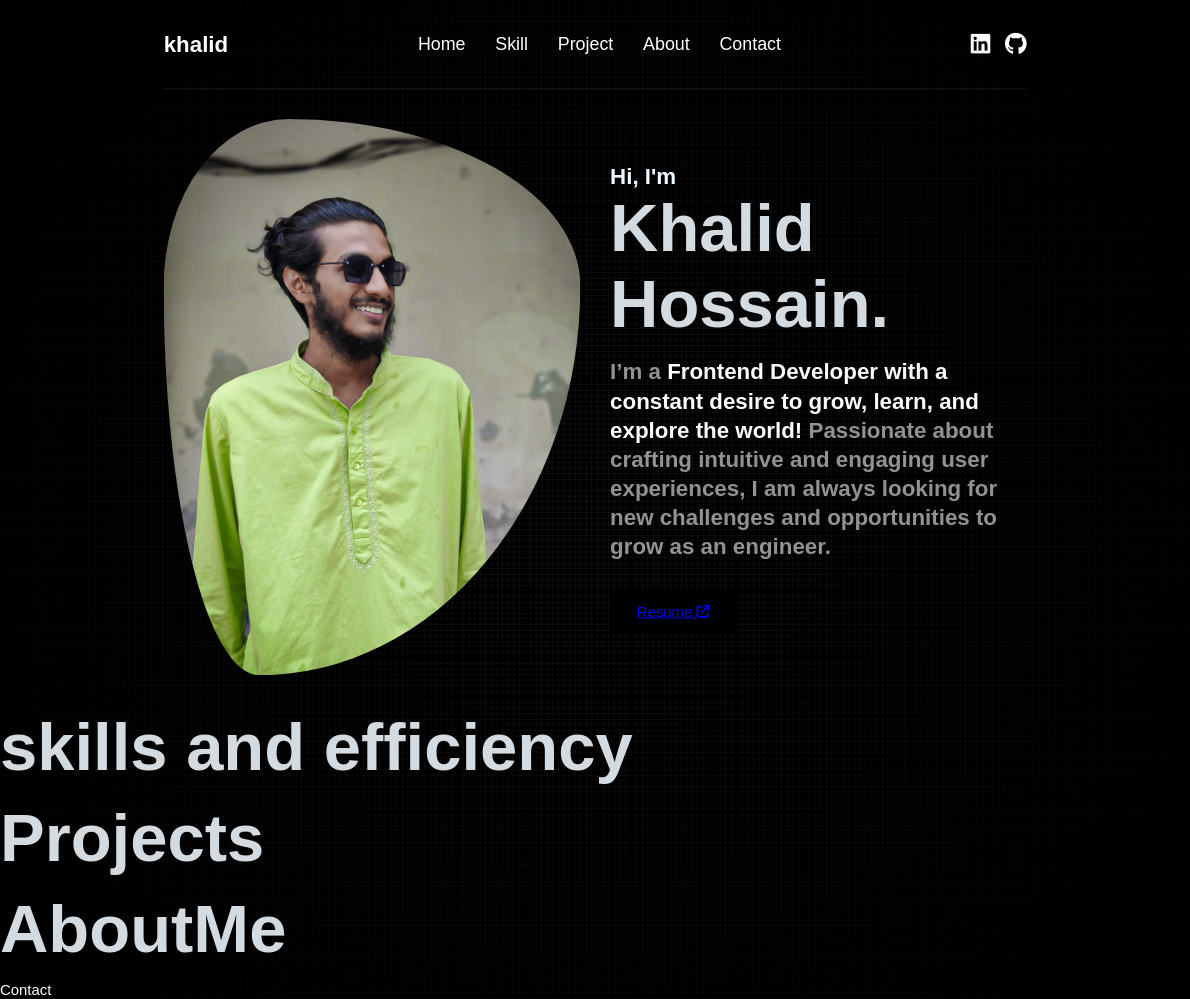
Repository: badhon252/my-portfolio
Page: /
These files come from the project's save history. The page is drawn as it stood at one moment and after the next save; the edit follows.
The browser window is 1280 px wide. The pictures show the whole page, at 93% of full size.
The project was rebuilt for these pictures with package versions that can differ from the ones it lists, and the page was loaded fresh each time. Also part of the build but not shown: src/Components/Home/Header/Navbar/Navs/LinkedIn/LinkedIn.module.css, src/Components/Home/Header/Navbar/Navs/GitHub/Github.module.css.

Above is the page before, as saved 2023-01-16 00:41:12.

### public/index.html
<!DOCTYPE html>
<html lang="en">

<head>
    <meta charset="utf-8" />
    <link rel="icon" href="%PUBLIC_URL%/favicon.ico" />
    <meta name="viewport" content="width=device-width, initial-scale=1" />
    <meta name="theme-color" content="#000000" />
    <meta name="description" content="Web site created using create-react-app, Portfolio" />
    <link rel="apple-touch-icon" href="%PUBLIC_URL%/logo192.png" />
    <link rel="stylesheet" href="https://cdnjs.cloudflare.com/ajax/libs/font-awesome/6.2.1/css/all.min.css">
    <link rel="manifest" href="%PUBLIC_URL%/manifest.json" />

    <title>Portfolio Website</title>
</head>

<body>
    <div id="root"></div>

    <script src="https://platform.linkedin.com/badges/js/profile.js" async defer type="text/javascript"></script>

</body>

</html>

### src/index.css
body {
    margin: 0;
    font-family: -apple-system, BlinkMacSystemFont, 'Segoe UI', 'Roboto', 'Oxygen', 'Ubuntu', 'Cantarell', 'Fira Sans', 'Droid Sans', 'Helvetica Neue', sans-serif;
    -webkit-font-smoothing: antialiased;
    -moz-osx-font-smoothing: grayscale;
    background-color: #000000;
    background-image: radial-gradient(circle at center center, transparent 0%, rgb(0, 0, 0) 99%), repeating-linear-gradient(0deg, rgba(163, 163, 163, 0.07) 0px, rgba(163, 163, 163, 0.07) 1px, transparent 1px, transparent 6px), repeating-linear-gradient(90deg, rgba(163, 163, 163, 0.07) 0px, rgba(163, 163, 163, 0.07) 1px, transparent 1px, transparent 6px), linear-gradient(90deg, rgb(0, 0, 0), rgb(0, 0, 0));
    color: #ffffff;
}

code {
    font-family: source-code-pro, Menlo, Monaco, Consolas, 'Courier New', monospace;
}

* {
    margin: 0;
    padding: 0;
    box-sizing: border-box;
    font-family: 'Poppins', sans-serif;
}

### src/App.js
import Home from './Components/Home/Home';

function App() {
  return (
    <div className="App">
      <Home/>
    </div>
  );
}

export default App;

### src/Components/Home/Home.jsx
import AboutMe from "./AboutMe/AboutMe";
import Footer from "./Footer/Footer";
import Header from "./Header/Header";
import Projects from "./Project/Projects";
import Skill from "./Skill/Skill";


export default function Home() {
  return (
    <div>
        <Header />
        <Skill/>
        <Projects/>
        <AboutMe/>
        <Footer/>

    </div>
  )
}

### src/Components/Home/AboutMe/AboutMe.jsx
import React from 'react';

const AboutMe = () => {
    return (
        <div>
            <h1>AboutMe</h1>
        </div>
    );
}

export default AboutMe;

### src/Components/Home/Footer/Footer.jsx
import React from 'react'
import Contact from './Contact/Contact'

export default function Footer() {
  return (
    <div>
        <Contact/>
    </div>
  )
}

### src/Components/Home/Header/Header.jsx
import React from 'react'
import HeaderContent from './HeaderContent/HeaderContent'
import Navbar from './Navbar/Navbar'
import Classes from './Header.module.css'

export default function Header() {
  return (
    <div className={Classes.header}>
      <Navbar/>
      <HeaderContent/>
    </div>
  )
}

### src/Components/Home/Project/Projects.jsx
import React from 'react';

const Projects = () => {
    return (
        <div>
            <h1>Projects</h1>
        </div>
    );
}

export default Projects;

### src/Components/Home/Skill/Skill.jsx
import React from 'react';

const SkillEfficiency = () => {
    return (
        <div>
        <h1>skills and efficiency</h1>
        </div>
    );
}

export default SkillEfficiency;

### src/Components/Home/Header/HeaderContent/HeaderContent.jsx
import Badhon from "../../../../Assests/Images/badhon.jpg";
import HeroSection from './HeroSection'
import Classes from "./Header.module.css";

export default function HeaderContent() {
  return (
    <div>
      <div className={Classes.heroSection}>
          <div className={Classes.row}>
            <HeroSection col={Classes.col}/>
            <div className={Classes.col}>
              <img src={Badhon} alt="Badhon" className={Classes.heroImage} />
            </div>

        </div>
      </div>
    </div>
  )
}

### src/Components/Home/Header/Navbar/Navbar.jsx
import "./Navs/Navs.css"
import "./Navbar.css"
import NavbarBrand from './NavbarBrand/NavbarBrand'
import Nav from './Navs/Nav/Nav'
import LinkedIn from './Navs/LinkedIn/LinkedIn'
import GitHub from './Navs/GitHub/Github'

export default function Navbar() {
  return (
    <div className='navBar borderBottom'>
            <NavbarBrand/>
            <Nav/>
         <div className='navBar'>
            <LinkedIn/>
            <GitHub/>
         </div>
    </div>
  )
}

### src/Components/Home/Header/Header.module.css
.header {
    min-height: 100vh;
    margin: 0 10rem;
    color: aliceblue;
    padding: 0 1rem;
}

### src/Components/Home/Header/HeaderContent/HeroSection.jsx
import Classes from "./Header.module.css";


export default function HeroSection({col}) {
  return (
    <div className={col}>
          <h2 className={Classes.h1}>Hi, I'm</h2>
          <h1 className={Classes.h1}>Khalid Hossain.</h1>
          <p>
            I’m a <span>Frontend Developer with a constant desire to grow, learn, and explore the world!</span> Passionate about crafting intuitive and engaging user experiences,
            I am always looking for new challenges and opportunities to grow as an engineer.
          </p>
          <button className={Classes.resume}>
             <a href="https://www.github.com/badhon252" target="_blank" rel="noreferrer">
               Resume <i class="fa-solid fa-arrow-up-right-from-square"></i>
              </a>
          </button>
    </div>
  );
}

### src/Components/Home/Header/HeaderContent/Header.module.css
.row {
    display: flex;
    flex-direction: row-reverse;
    justify-content: space-between;
    align-items: center;
    flex-wrap: wrap;
    margin: 2rem 0;
    gap: 2rem;
}

.col {
    flex-basis: 45%;
    flex: 1;
}

.heroImage {
    min-width: 300px;
    max-width: 600px;
    width: 100%;
    height: auto;
    box-sizing: border-box;
    overflow: hidden;
    transition: .7s;
    border-radius: 30% 70% 77% 23% / 30% 30% 70% 70%;
}

.heroImage:hover {
    border-radius: 50%;
}

h1 {
    font-size: 4.5em;
    font-weight: 700;
    margin-bottom: 1rem;
    color: rgba(240, 248, 255, 0.877);
}

p {
    font-size: 1.5em;
    font-weight: 600;
    margin-bottom: 1rem;
    color: rgba(255, 255, 255, 0.568);
    line-height: 1.3;
}

p span {
    color: #fcfcfc;
}

.resume {
    padding: .9rem 1.8rem;
    border: 1px solid #49ff12;
    font-size: 1rem;
    font-weight: 500;
    margin-top: 1rem;
    outline: none;
    border: none;
    border-radius: 5px;
    background-color: #000;
    color: #fcfcfc;
}

.resume:hover {
    background-color: #49ff12;
    color: #000;
}

### src/Components/Home/Header/Navbar/Navs/Navs.css
.flexRow {
    display: flex;
    justify-content: space-between;
    align-items: center;
    flex-wrap: wrap;
    gap: 2rem;
}

.me_1 {
    margin-right: 1rem;
}

### src/Components/Home/Header/Navbar/Navbar.css
.boxShadow {
    -webkit-box-shadow: 0px 22px 40px -37px rgba(255, 255, 255, 1);
    -moz-box-shadow: 0px 22px 40px -37px rgba(255, 255, 255, 1);
    box-shadow: 0px 22px 40px -37px rgba(255, 255, 255, 1);
}

.borderBottom {
    border-bottom: 1px solid #f6f6f612;
}

### src/Components/Home/Header/Navbar/NavbarBrand/NavbarBrand.jsx
import Classes from "./NavbarBrand.module.css"
export default function NavbarBrand() {
  return (
    <div className={Classes.navbarBrand}>khalid</div>
  )
}

### src/Components/Home/Header/Navbar/Navs/Nav/Nav.jsx
import "./../Navs.css"
import "./Nav.css"
export default function Nav() {
  return (
    <div>
        <nav className="navBar" >
            <div className="container-fluid">

                {/* <button className="navbar-toggler" type="button" data-bs-toggle="collapse" data-bs-target="#navbarSupportedContent" aria-controls="navbarSupportedContent" aria-expanded="false" aria-label="Toggle navigation">
                <span className="navbar-toggler-icon"></span>
                </button> */}
                <div className="collapse navbar-collapse" id="navbarSupportedContent">
                <ul className="flexRow navbar-nav me-auto mb-2 mb-lg-0">
                    <li className="nav-item">
                    <a className="nav-link" href="#home">Home</a>
                    </li>
                    <li className="nav-item">
                    <a className="nav-link" href="#skill">Skill</a>
                    </li>
                    <li className="nav-item">
                    <a className="nav-link" href="#project">Project</a>
                    </li>
                    <li className="nav-item">
                    <a className="nav-link" href="#aboutMe">About</a>
                    </li>
                     <li className="nav-item">
                    <a className="nav-link" href="#contact">Contact</a>
                    </li>

                </ul>

                </div>
            </div>
        </nav>
    </div>
  )
}

### src/Components/Home/Header/Navbar/Navs/LinkedIn/LinkedIn.jsx
import "./LinkedIn.module.css"

export default function LinkedIn() {
  return (
    <div className='me_1' >
      <a href="https://www.linkedin.com/in/khalidhossainbadhon/" target="_blank" rel="noreferrer">
     <i class="fa-brands fa-linkedin"></i>
      </a>
    </div>
  )
}

### src/Components/Home/Header/Navbar/Navs/GitHub/Github.jsx
import Classes from "./Github.module.css"

export default function GitHub() {
  return (
    <div className={Classes.faBrands}>
      <a href="https://github.com/badhon252"><i class="fa-brands fa-github"></i></a>
    </div>
  )
}

### src/Components/Home/Header/Navbar/NavbarBrand/NavbarBrand.module.css
.navbarBrand {
    font-size: 1.5rem;
    font-weight: 700;
    color: rgb(255, 255, 255);
}

### src/Components/Home/Header/Navbar/Navs/Nav/Nav.css
.navBar {
    display: flex;
    justify-content: space-between;
    align-items: center;
    padding: 1.1rem 0;
    flex-wrap: wrap;
}

.navbar-nav {
    list-style-type: none;
    display: flex;
    justify-content: space-between;
}

.navbar-nav li a {
    text-decoration: none;
    color: rgb(255, 255, 255);
    font-size: 1.2rem;
    font-weight: 500;
    transition: all 0.3s ease-in-out;
}

.navbar-nav li a:hover {
    color: #49ff12;
}

.navbar-nav li a.active {
    color: #bb0707;
}

.navbar-nav li a.active:hover {
    color: #f1f1f1;
}

.navbar-nav li a.active::after {
    content: "";
    display: block;
    width: 100%;
    height: 2px;
    background: #f1f1f1;
    margin-top: 5px;
}

.navbar-nav li a.active:hover::after {
    background: #f1f1f1;
}

.fa-brands,
.fab {
    font-weight: 400;
    font-size: 1.5rem;
    color: #fff;
}

Loaded but not shown: src/index.js (common file); src/reportWebVitals.js (common file); src/Components/Home/Footer/Contact/Contact.jsx (common file)

After the next save:
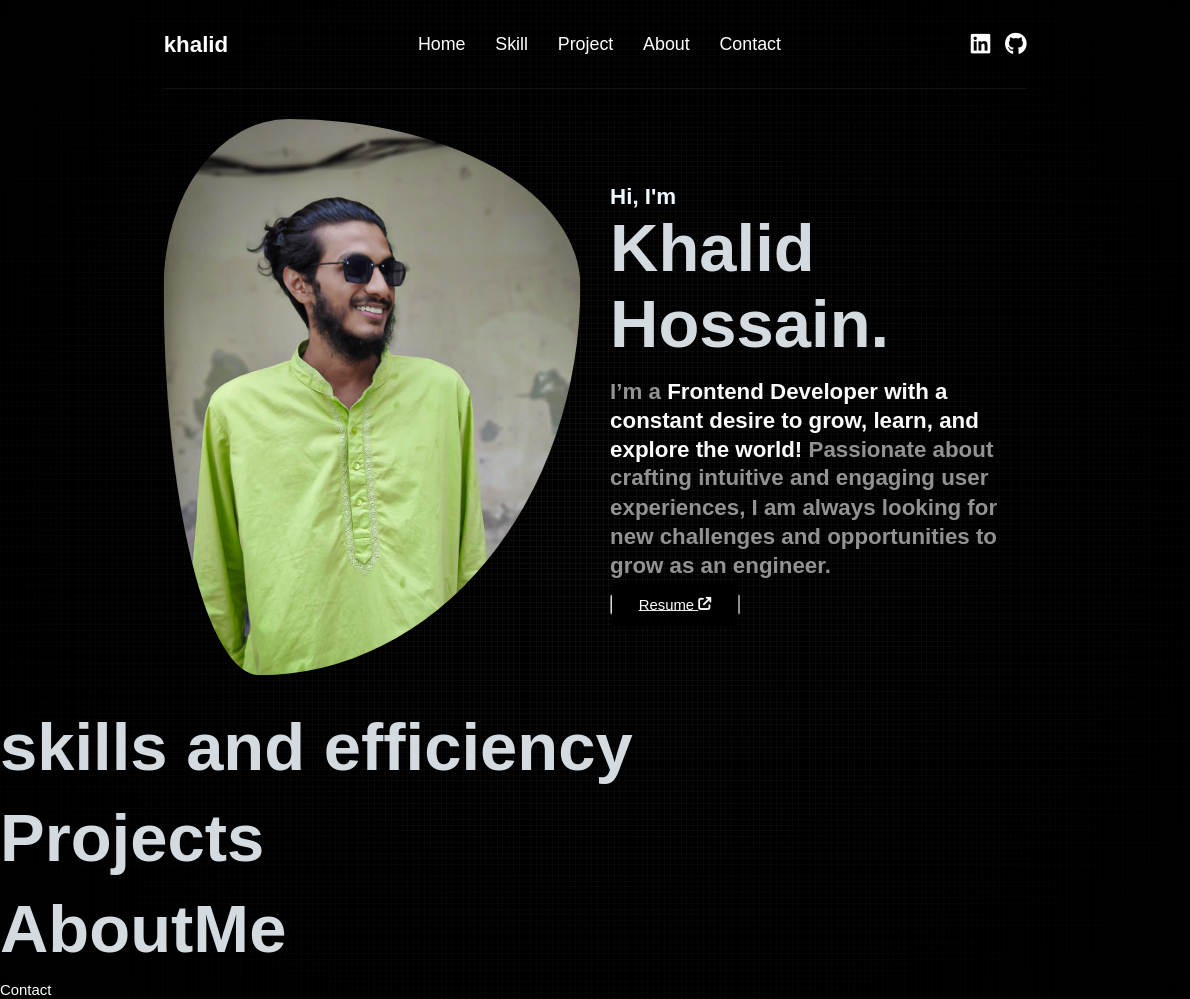
Saved 49 s later.
--- a/src/Components/Home/Header/HeaderContent/Header.module.css
+++ b/src/Components/Home/Header/HeaderContent/Header.module.css
@@ -47,7 +47,7 @@
     color: #fcfcfc;
 }
 
-.resume {
+.resume a {
     padding: .9rem 1.8rem;
     border: 1px solid #49ff12;
     font-size: 1rem;

After the 2 saves that followed:
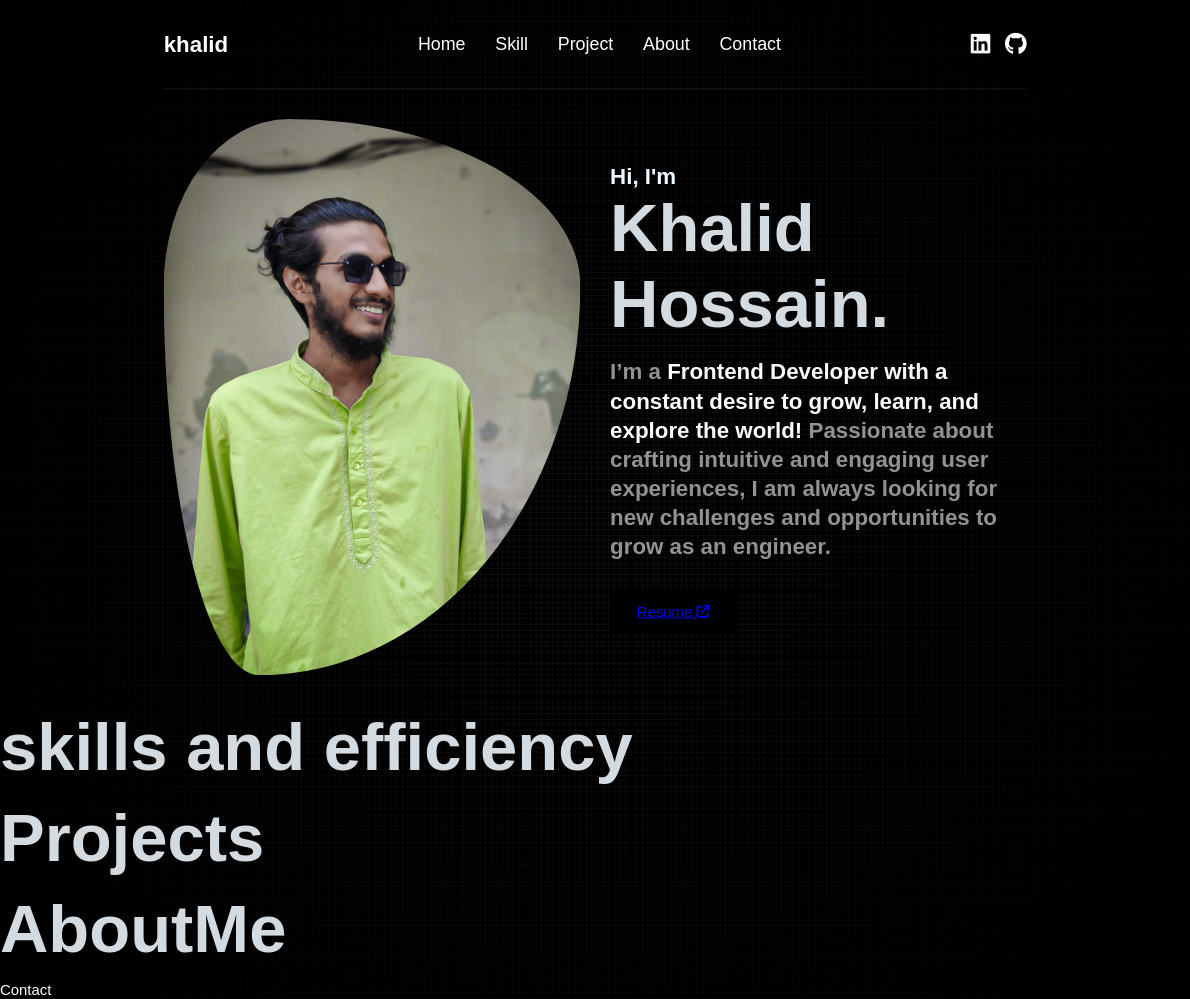
The 2 saves are shown as one change because 1 left the picture as it was.
The last was saved 92 s later.
--- a/src/Components/Home/Header/HeaderContent/Header.module.css
+++ b/src/Components/Home/Header/HeaderContent/Header.module.css
@@ -47,7 +47,7 @@
     color: #fcfcfc;
 }
 
-.resume a {
+.resume {
     padding: .9rem 1.8rem;
     border: 1px solid #49ff12;
     font-size: 1rem;
@@ -60,7 +60,7 @@
     color: #fcfcfc;
 }
 
-.resume:hover {
+.resume a:hover {
     background-color: #49ff12;
     color: #000;
 }
